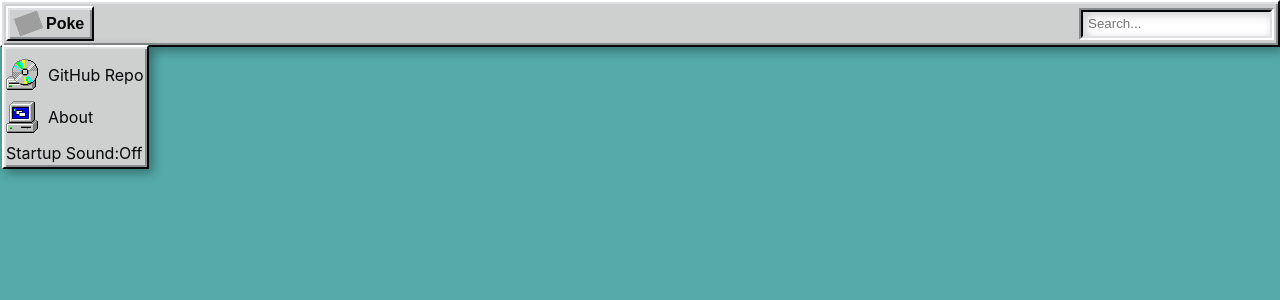
Repository: VolodymyrDubnytskyi/Pokemons
Page: /
These files come from the project's save history. The page is drawn as it stood at one moment and after the next save; the edit follows.
The browser window is 1280 px wide. The pictures show the whole page.
Pictures or frames that could not be fetched are drawn as grey boxes. The page's requests for data from a server got no answer. The project was rebuilt for these pictures with package versions that can differ from the ones it lists, and the page was loaded fresh each time. No one was signed in, and anything a server would have sent is missing. Also part of the build but not shown: src/Components/PopUpComponents/BasicInfo.js, src/Components/PopUpComponents/Stats.js, src/Components/PopUpComponents/Abilities.js, src/Components/PopUp.js.

Above is the page before, as saved 2020-06-11 14:59:48.

### src/App.js
import React from 'react';
import './App.css';
import Home from './Components/Home';

function App() {
  return (
    <Home />
  );
}

export default App;

### src/App.css
:root {
  --menu-bg-color: rgb(206, 208, 207);
  --main-color: rgb(5, 6, 8);
  --box-shadow-main: rgba(0, 0, 0, 0.35) 4px 4px 10px 0px, rgb(223, 224, 227) 1px 1px 0px 1px inset,
    rgb(136, 140, 143) -1px -1px 0px 1px inset;
  --box-shadow-btn: rgb(223, 224, 227) 1px 1px 0px 1px inset, rgb(136, 140, 143) -1px -1px 0px 1px inset;
}
* {
  box-sizing: border-box;
  margin: 0;
  padding: 0;
}
.main-bg {
  min-height: 100vh;
  width: 100%;
  padding-top: 35px;
  background-color: #55aaaa;
}
.content-box {
  max-width: 1380px;
  margin: auto;
  display: grid;
  grid-template-columns: repeat(6, 140px);
  justify-content: center;
}
.pokemon-container {
  height: 140px;
  display: flex;
  justify-content: center;
  align-items: center;
  flex-direction: column;
}
.pokemon-name {
  color: rgb(255, 255, 255);
  user-select: none;
  padding: 2px;
  text-decoration: underline;
}
/* header navbar */
.header-container {
  border-left-color: rgb(255, 255, 255);
  border-top-color: rgb(255, 255, 255);
  border-right-color: var(--main-color);
  border-bottom-color: var(--main-color);
  box-shadow: rgba(0, 0, 0, 0.35) 4px 4px 10px 0px, rgb(223, 224, 227) 1px 1px 0px 1px inset,
    rgb(136, 140, 143) -1px -1px 0px 1px inset;
  box-sizing: border-box;
  background-color: var(--menu-bg-color);
  color: var(--main-color);
  position: fixed;
  top: 0;
  right: 0;
  left: 0;
  padding: 4px;
  display: flex;
  flex-direction: column;
  width: 100%;
  border-style: solid;
  border-width: 2px;
}
.navbar-container {
  display: flex;
  justify-content: space-between;
  align-items: center;
}
.nav-menu-btn {
  box-sizing: border-box;
  background-color: var(--menu-bg-color);
  color: var(--main-color);
  border-left-color: rgb(255, 255, 255);
  border-top-color: rgb(255, 255, 255);
  border-right-color: var(--main-color);
  border-bottom-color: var(--main-color);
  box-shadow: var(--box-shadow-btn);
  position: relative;
  display: inline-flex;
  -webkit-box-align: center;
  align-items: center;
  -webkit-box-pack: center;
  justify-content: center;
  height: 35px;
  width: auto;
  font-size: 16px;
  border-style: solid;
  border-width: 2px;
  padding: 0px 0.5rem;
  font-weight: 600;
}
.windows-logo {
  transform: rotate(-20deg);
  margin-right: 5px;
  width: 25px;
}
/* input */
.input-container {
  position: relative;
  box-sizing: border-box;
  border-left-color: rgb(136, 140, 143);
  border-top-color: rgb(136, 140, 143);
  border-right-color: rgb(255, 255, 255);
  border-bottom-color: rgb(255, 255, 255);
  padding: 2px;
  border-style: solid;
  border-width: 2px;
  height: 32px;
}
.input-container::before {
  position: absolute;
  left: 0px;
  top: 0px;
  z-index: 1;
  content: "";
  width: calc(100% - 4px);
  height: calc(100% - 4px);
  border-left-color: var(--main-color);
  border-top-color: var(--main-color);
  border-right-color: rgb(223, 224, 227);
  border-bottom-color: rgb(223, 224, 227);
  pointer-events: none;
  box-shadow: rgba(0, 0, 0, 0.2) 3px 3px 10px inset;
  border-style: solid;
  border-width: 2px;
}
.search-input {
  outline: none;
  width: 100%;
  height: 100%;
  padding: 0 5px;
  border: none;
}
/* pop Up */
.pop-up-detail-bg {
  position: fixed;
  top: 50%;
  left: 50%;
  transform: translate(-50%, -50%);
  min-height: 400px;
  width: 600px;
  padding: 2px;
  border: 2px solid;
  border-left-color: rgb(255, 255, 255);
  border-top-color: rgb(255, 255, 255);
  border-right-color: var(--main-color);
  border-bottom-color: var(--main-color);
  box-shadow: var(--box-shadow-main);
  box-sizing: border-box;
  display: inline-block;
  background-color: var(--menu-bg-color);
  color: var(--main-color);
}
.pop-up-detail-header {
  height: 33px;
  display: flex;
  align-items: center;
  justify-content: space-between;
  margin: 0 2px 4px 0;
  font-weight: bold;
  color: rgb(255, 255, 255);
  padding: 0px 0.5rem;
  background: linear-gradient(to right, rgb(0, 0, 128), rgb(16, 52, 166));
}
.close-btn {
  position: relative;
  display: flex;
  align-items: center;
  justify-content: center;
  height: 27px;
  width: 27px;
  font-size: 16px;
  padding: 0px;
  margin-right: -6px;
  margin-top: 1px;
  outline: none;
  background-color: var(--menu-bg-color);
  color: var(--main-color);
  border: 2px solid;
  border-left-color: rgb(255, 255, 255);
  border-top-color: rgb(255, 255, 255);
  border-right-color: rgb(5, 6, 8);
  border-bottom-color: rgb(5, 6, 8);
  box-shadow: var(--box-shadow-btn);
  font-weight: bold;
}
.exit-link-container {
  display: flex;
  align-items: center;
  padding: 4px;
}
.disabled-text-btn,
.active-text-btn {
  padding: 0 0.5rem;
  display: inline-flex;
  -webkit-box-align: center;
  align-items: center;
  -webkit-box-pack: center;
  justify-content: center;
  height: 27px;
  font-size: 16px;
  background-color: transparent;
  border: 2px solid transparent;
  font-weight: 500;
}
.disabled-text-btn {
  color: rgb(136, 140, 143);
  text-shadow: rgb(255, 255, 255) 1px 1px;
}
.active-text-btn {
}
.pokemon-detail {
  width: 80%;
  height: 270px;
  margin: 20px auto auto auto;
}
.pokemon-detail-menu {
  display: flex;
  align-items: center;
}
.pokemon-detail-content {
  background-color: var(--menu-bg-color);
  color: var(--main-color);
  border-left-color: rgb(255, 255, 255);
  border-top-color: rgb(255, 255, 255);
  border-right-color: var(--main-color);
  border-bottom-color: var(--main-color);
  box-shadow: rgb(223, 224, 227) 1px 1px 0px 1px inset, rgb(136, 140, 143) -1px -1px 0px 1px inset;
  position: relative;
  display: flex;
  align-items: center;
  height: 90%;
  border-style: solid;
  border-width: 2px;
  padding: calc(1.5rem) 1rem 1rem;
}
.pokemon-detail-menu {
  height: 10%;
}
.pokemon-detail-menu-item {
  box-sizing: border-box;
  display: inline-block;
  background-color: rgb(206, 208, 207);
  border-left-color: rgb(255, 255, 255);
  border-top-color: rgb(255, 255, 255);
  border-right-color: rgb(5, 6, 8);
  box-shadow: rgb(223, 224, 227) 1px 1px 0px 1px inset, rgb(136, 140, 143) -1px -1px 0px 1px inset;
  position: relative;
  height: 35px;
  line-height: 35px;
  border-top-left-radius: 5px;
  border-top-right-radius: 5px;
  margin-bottom: -2px;
  cursor: default;
  color: rgb(5, 6, 8);
  border-style: solid solid none;
  border-width: 2px 2px 2px;
  padding: 0px 0.5rem;
  border-bottom: none;
}
.pokemon-detail-menu-active-item {
  background-color: rgb(206, 208, 207);
  border-left-color: rgb(255, 255, 255);
  border-top-color: rgb(255, 255, 255);
  border-right-color: rgb(5, 6, 8);
  box-shadow: rgb(223, 224, 227) 1px 0px 0px 0px inset, rgb(136, 140, 143) -1px 0px 0px 0px inset;
  position: relative;
  line-height: 35px;
  border-top-left-radius: 5px;
  border-top-right-radius: 5px;
  cursor: default;
  color: rgb(5, 6, 8);
  z-index: 1;
  height: calc(39px);
  border-style: solid solid none;
  border-width: 2px 2px 2px;
  border-bottom: none;
  padding: 0px calc(0.5rem + 8px);
  margin-bottom: 4px;
}
.pokemon-detail-img-container {
  width: 40%;
  height: 100%;
  display: flex;
  justify-content: center;
  align-items: center;
}
.pokemon-detail-description-box {
  width: 60%;
  height: 100%;
  display: flex;
  flex-direction: column;
}
.pokemon-detail-img {
  width: 85%;
  height: 85%;
}
.pokemon-detail-type-of-pokemon {
  background: rgb(75, 144, 214);
  color: rgb(255, 255, 255);
  padding: 4px;
  max-width: 81px;
  display: flex;
  justify-content: center;
  align-items: center;
}
.stats-container {
  background-color: rgb(206, 208, 207);
  color: rgb(5, 6, 8);
  border-left-color: rgb(255, 255, 255);
  border-top-color: rgb(255, 255, 255);
  border-right-color: rgb(5, 6, 8);
  border-bottom-color: rgb(5, 6, 8);
  box-shadow: rgb(223, 224, 227) 1px 1px 0px 1px inset, rgb(136, 140, 143) -1px -1px 0px 1px inset;
  border-style: solid;
  border-width: 2px;
  padding: calc(1.5rem) 1rem 1rem;
}
.stats-content-container {
  position: relative;
  border: 2px solid;
  border-left-color: rgb(136, 140, 143);
  border-top-color: rgb(136, 140, 143);
  border-right-color: rgb(255, 255, 255);
  border-bottom-color: rgb(255, 255, 255);
  background-color: #fff;
  height: 100%;
}
.stats-content-container::before {
  position: absolute;
  left: 0px;
  top: 0px;
  z-index: 1;
  content: "";
  width: calc(100% - 4px);
  height: calc(100% - 4px);
  border-left-color: rgb(5, 6, 8);
  border-top-color: rgb(5, 6, 8);
  border-right-color: rgb(223, 224, 227);
  border-bottom-color: rgb(223, 224, 227);
  pointer-events: none;
  box-shadow: rgba(0, 0, 0, 0.2) 3px 3px 10px inset;
  border-style: solid;
  border-width: 2px;
  display: flex;
  flex-direction: column;
  justify-content: center;
  align-items: center;
}
.stats-table-heading,
.stats {
  display: flex;
  justify-content: space-between;
  align-items: center;
}
.stats {
  padding: 0 10px;
  margin: 6px 0;
}
.stats-table-heading div,
.stats-table-heading span {
  border-right-color: rgb(5, 6, 8);
  border-bottom-color: rgb(5, 6, 8);
  box-shadow: rgb(223, 224, 227) 1px 1px 0px 1px inset, rgb(136, 140, 143) -1px -1px 0px 1px inset;
  display: inline-block;
  vertical-align: inherit;
  cursor: default;
  border-style: none solid solid none;
  border-width: 2px 2px;
  padding: 0px 0.5rem;
  background: rgb(206, 208, 207);
  border-left: none;
  border-top: none;
}
.stats-table-colum-lg {
  width: 80%;
}
.stats-table-column-sm {
  width: 20%;
}
.active-btn {
  box-sizing: border-box;
  background-color: rgb(206, 208, 207);
  color: rgb(5, 6, 8);
  border-left-color: rgb(5, 6, 8);
  border-top-color: rgb(5, 6, 8);
  border-right-color: rgb(255, 255, 255);
  border-bottom-color: rgb(255, 255, 255);
  box-shadow: rgb(136, 140, 143) 1px 1px 0px 1px inset, rgb(223, 224, 227) -1px -1px 0px 1px inset;
  background-image: url(data:[embedded picture, 142 characters]);
  position: relative;
  display: inline-flex;
  -webkit-box-align: center;
  align-items: center;
  -webkit-box-pack: center;
  justify-content: center;
  height: 35px;
  width: auto;
  font-size: 16px;
  border-style: solid;
  border-width: 2px;
  padding: 2px 0.5rem 0px;
}
button {
  -webkit-tap-highlight-color: rgba(0, 0, 0, 0);
  outline: none;
}
/* nav menu */
.nav-menu-container {
  width: auto;
  border-left-color: rgb(255, 255, 255);
  border-top-color: rgb(255, 255, 255);
  border-right-color: rgb(5, 6, 8);
  border-bottom-color: rgb(5, 6, 8);
  box-shadow: rgba(0, 0, 0, 0.35) 4px 4px 10px 0px, rgb(223, 224, 227) 1px 1px 0px 1px inset,
    rgb(136, 140, 143) -1px -1px 0px 1px inset;
  box-sizing: border-box;
  display: inline-block;
  background-color: rgb(206, 208, 207);
  color: rgb(5, 6, 8);
  position: absolute;
  bottom: 0px;
  left: 0px;
  transform: translate(0px, 100%);
  padding: 2px 4px 4px 2px;
  border-style: solid;
  border-width: 2px;
  list-style: none;
}
.menu-item {
  display: flex;
  align-items: center;
  margin:10px 0;
}
.menu-icons {
  margin-right: 10px;
}

### src/Components/Home.js
import React from 'react';
import { Component } from 'react';
import Header from './Header';
import PopUpPokemonDetail from './PopUp';

class Home extends Component {
    state = {
        collectionsOfUrl: '',
        pokemonsDetail: [],
        clickedPokemonDetail: '',
        activePopUp: false
    }
    componentDidMount() {
        fetch('https://pokeapi.co/api/v2/pokemon/?offset=0&limit=150')
            .then(res => res.json())
            .then((data => {
                this.setState({
                    collectionsOfUrl: data.results
                }, () => {
                    this.getPokemonsData();
                })
            }))
    }
    getPokemonsData = e => {
        this.state.collectionsOfUrl.map((item) => {
            fetch(item.url)
                .then(res => res.json())
                .then((result) => {
                    this.setState({
                        pokemonsDetail: [...this.state.pokemonsDetail, result].sort((a, b) => a.id - b.id),
                        pokemonDetailDefault: this.state.pokemonsDetail
                    })
                })
        })
    }
    getPokemonSpecies = pokemon => {
        fetch(pokemon.species.url)
            .then((res => res.json()))
            .then((data => this.setState({ pokemonSpecies: data })))
    }

    checkPokemonDetail = pokemon => {
        this.setState({
            clickedPokemonDetail: pokemon,
            activePopUp: true
        })
        this.getPokemonSpecies(pokemon)
    }
    closePopUp = e => this.setState({ activePopUp: false })
    filterPokemons = serchWord => {
        this.setState({
            pokemonsDetail: this.state.pokemonDetailDefault.filter((item) => item.name.includes(serchWord))
        })
    }
    render() {
        console.log(this.state.clickedPokemonDetail);
        return (
            <section className={'main-bg'}>
                <Header
                    filterPokemons={this.filterPokemons} />
                {this.state.activePopUp &&
                    <PopUpPokemonDetail
                        pokemon={this.state.clickedPokemonDetail}
                        activePopUp={this.state.activePopUp}
                        pokemonSpecies={this.state.pokemonSpecies}
                        closePopUp={this.closePopUp} />}
                <div className={'content-box'}>
                    {this.state.pokemonsDetail.map((item, i) => {
                        return (
                            <div
                                className={'pokemon-container'}
                                // onClick={}
                                onDoubleClick={() => this.checkPokemonDetail(item)}
                                key={i}
                            >
                                <img src={item.sprites.front_default} alt="pokemon-image" />
                                <h3 className={'pokemon-name'}>{item.name.charAt(0).toUpperCase() + item.name.slice(1)}</h3>
                            </div>
                        );
                    })}
                </div>
            </section>
        );
    }
}
export default Home;

### src/Components/Header.js
import React, { Component } from 'react';
import Menu from './HeaderComponents/Menu';

class Header extends Component {
    state = {
        searchPoki: '',
        activeMenu: false
    }
    setInputValue = e => {
        this.setState({
            searchPoki: e.target.value
        }, () => {
            this.props.filterPokemons(this.state.searchPoki)
        })
    }
    showMenu = e => {
        this.setState({
            activeMenu: !this.state.showMenu
        })
    }
    render() {
        return (
            <header className={'header-container'}>
                <nav className={'navbar-container'}>
                    <button className={`nav-menu-btn ${this.state.activeMenu && 'active-btn'}`} onClick={this.showMenu}>
                        <img
                            src="https://upload.wikimedia.org/wikipedia/commons/thumb/1/1e/Windows_Logo_1995.svg/32px-Windows_Logo_1995.svg.png" alt="windows"
                            className={'windows-logo'} />
                        Poke
                    </button>
                    <Menu/>
                    <div className={'input-container'}>
                        <input
                            className={'search-input'}
                            type='text'
                            placeholder='Search...'
                            value={this.state.searchPoki}
                            onChange={this.setInputValue} />
                    </div>
                </nav>
            </header>
        );
    }
}

export default Header;

### src/Components/HeaderComponents/Menu.js
import React from 'react';
import { imgDvd, imgPc } from '../../assets/imgDvd';
let dvdImg = ''

const Menu = props => {
    return (
        <div className={'nav-menu-container'}>
            <ul>
                <li className={'menu-item'}>
                    <img src={imgDvd} alt="window-95-dvd"  className={'menu-icons'}/>
                 GitHub Repo
                 </li>
                <li className={'menu-item'}>
                    <img src={imgPc} alt="window-95-computre" className={'menu-icons'} />
                 About
                 </li>
                <li>Startup Sound:Off</li>
            </ul>
        </div>
    )
}
export default Menu;

Loaded but not shown: public/index.html (common file); src/index.js (common file); src/index.css (common file); src/serviceWorker.js (common file); src/assets/imgDvd.js (library)

After the next save:
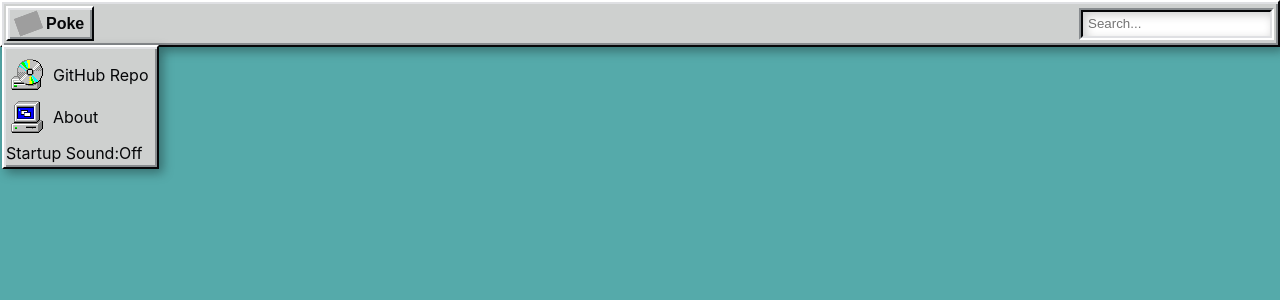
Saved 6 s later.
--- a/src/App.css
+++ b/src/App.css
@@ -427,7 +427,7 @@ button {
 .menu-item {
   display: flex;
   align-items: center;
-  margin:10px 0;
+  margin:10px 5px;
 }
 .menu-icons {
   margin-right: 10px;
